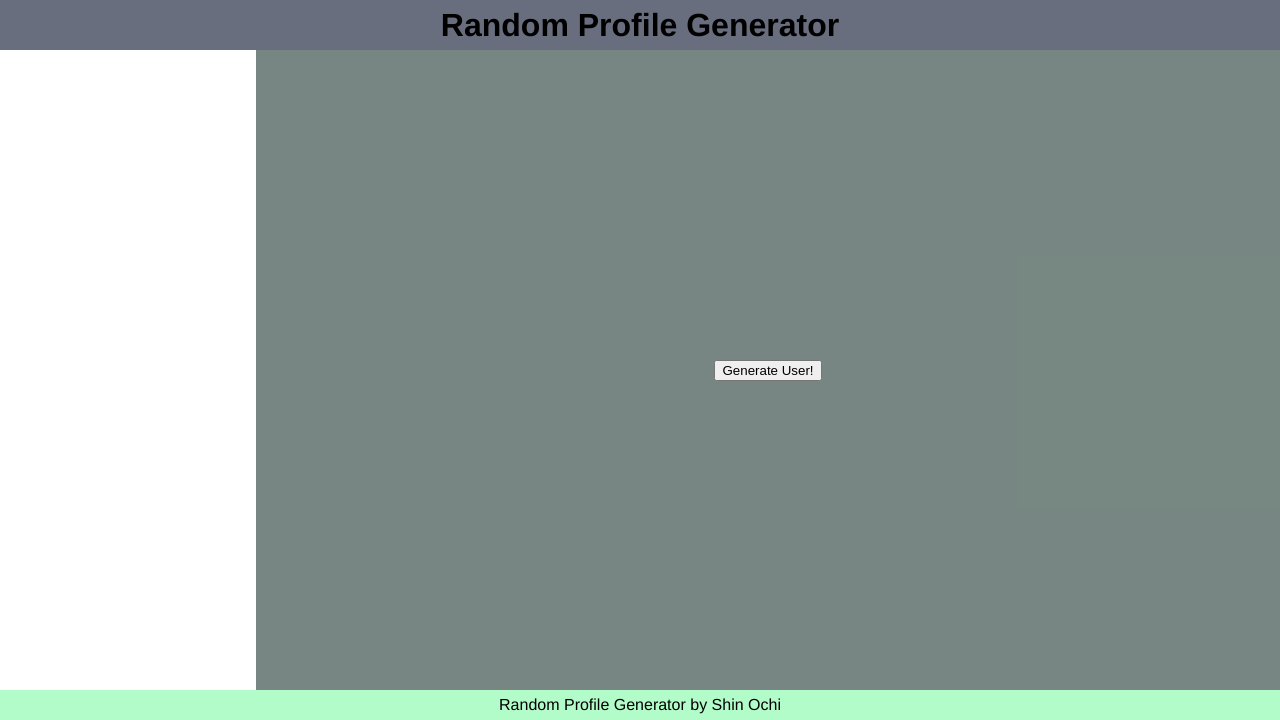
Repository: swaroopu-kr/Web-Application
Page: index.html
The author's editor kept a copy of each file at every save. The page is drawn from the files as they stood at one save, then again after the next save.
The browser window is 1280 px wide. The pictures show the whole page.

Above is the page before, as saved 2021-11-01 16:33:30.

After the next save:
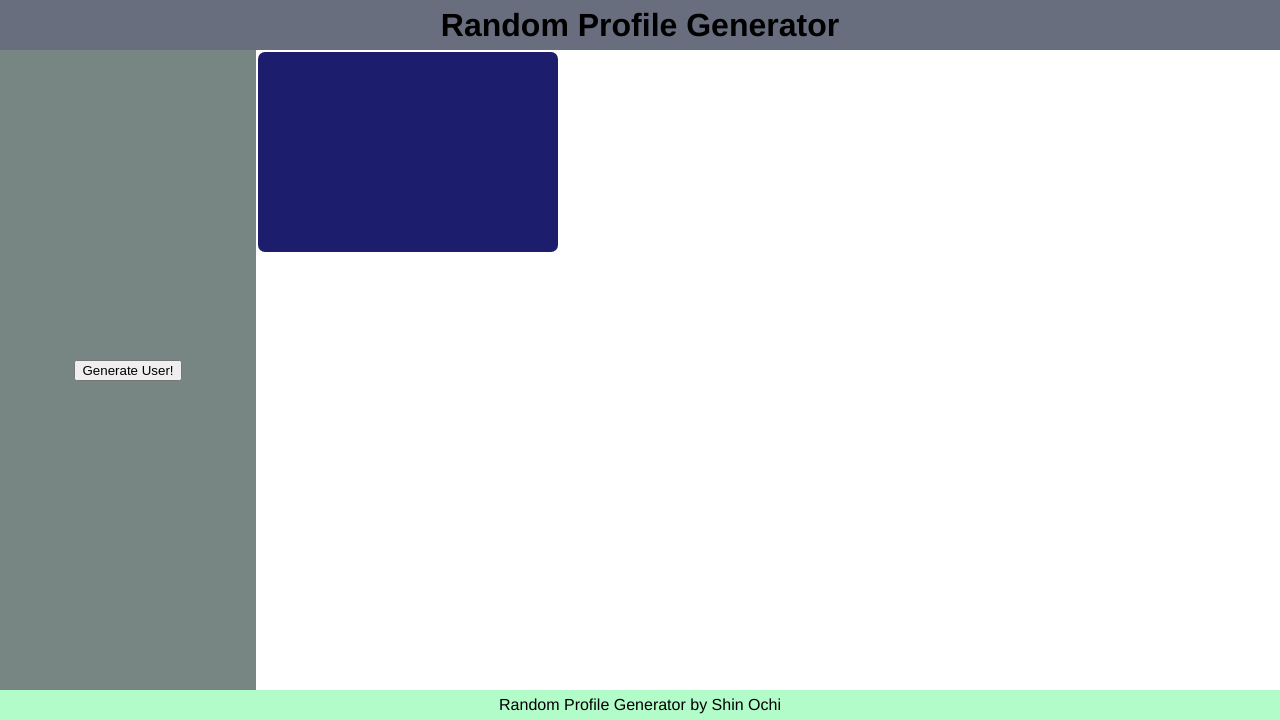
Saved 6 s later.
--- a/style.css
+++ b/style.css
@@ -66,7 +66,7 @@
     }
 
 
-    #p {
+    #p, main {
       display: flex;
       flex-direction: column;
       justify-content: end;
